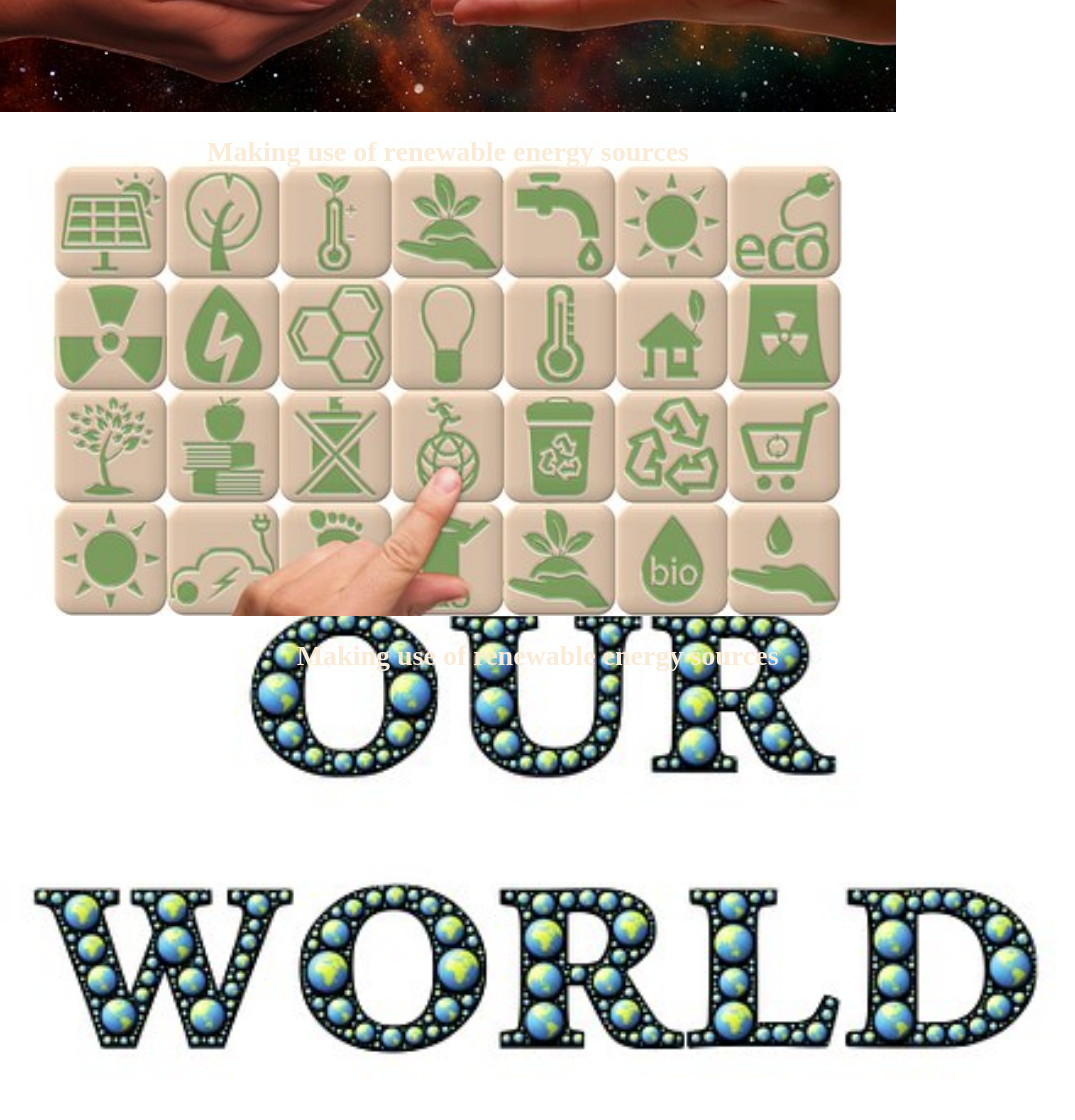
Repository: NavinDayanithi/static-web-design-competition
Page: index.html
These files come from the project's save history. The page is drawn as it stood at one moment and after a run of saves; the edit follows.
The browser window is 1280 px wide. The page is 1536 px wide, then 1280 px, so the pictures cover 1536 px, including what lies to the right of the window. The pictures show the part of the page from y = 2800 to 4400 px (the page is 4400 px tall), at 70% of full size.
Backgrounds fixed to the window are drawn as part of the page.

Above is the page before, as saved 2023-04-28 20:36:38.

### index.html
<!DOCTYPE html>
<html lang="en">
<head>
  <title>POWERING CLIMATE </title>
  <link rel="stylesheet" href="styles.css">
</head>
<body>
    <h1 >POWERING A CLIMATE FOR SAFER FUTURE</h1>
    <div class="box1">
        <h2>Making use of renewable energy sources</h2>
    </div>
    <div class="box2">
        <h2>Planting more trees</h2>
    </div>
    <div class="box3">
        <h2>Gaining natural source of energy</h2>
    </div>
    <div class="box4">
        <h2>Making use of renewable energy sources</h2>
    </div>
    <div class="box5">
        <h2>Making use of renewable energy sources</h2>
    </div>
    <div class="box6">
        <h2>Making use of renewable energy sources</h2>
    </div>
</body>
</html>

### styles.css

h1
{
    text-align:center;
    color:rgb(19, 20, 20);
    background-color: rgb(181, 191, 195);

}
h2{
    text-align: center;
    color: antiquewhite;
    font-size:40px;
}

 body{
    margin: 0;
    padding: 0;
    /* background-color: blue; */
}
head{
    text-align: center;
}

.box1{
    height: 100vh;
    width:100%;
    background-image: url(img1.jpg);
    background-size: cover;
    background-position: center;
    display: table;
    background-attachment: fixed;
}

.box2{
    height: 100vh;
    width:100%;
    background-image: url(img2.jpg);
    background-size: cover;
    background-position: center;
    display: table;
    background-attachment: fixed;
}

.box3{
    height: 100vh;
    width:100%;
    background-image: url(img3.jpg);
    background-size:cover;
    display: table;
    background-attachment: fixed;

}


.box4{
    height: 100vh;
    width:100%;
    background-image: url(img4.jpg);
    background-size: cover;
    background-position: center;
    display: table;
    background-attachment: fixed;
}

.box5{
    height: 100vh;
    width:100%;
    background-image: url(img5.jpg);
    background-size: cover;
    /* background-position: center; */
    display: table;
    background-attachment: fixed;
}

.box6{
    height: 100vh;
    width:120%;
    background-image: url(img6.jpg);
    background-size: cover;
   background-position: center;
    display: table;
    background-attachment: fixed;
}

After the next 2 saves:
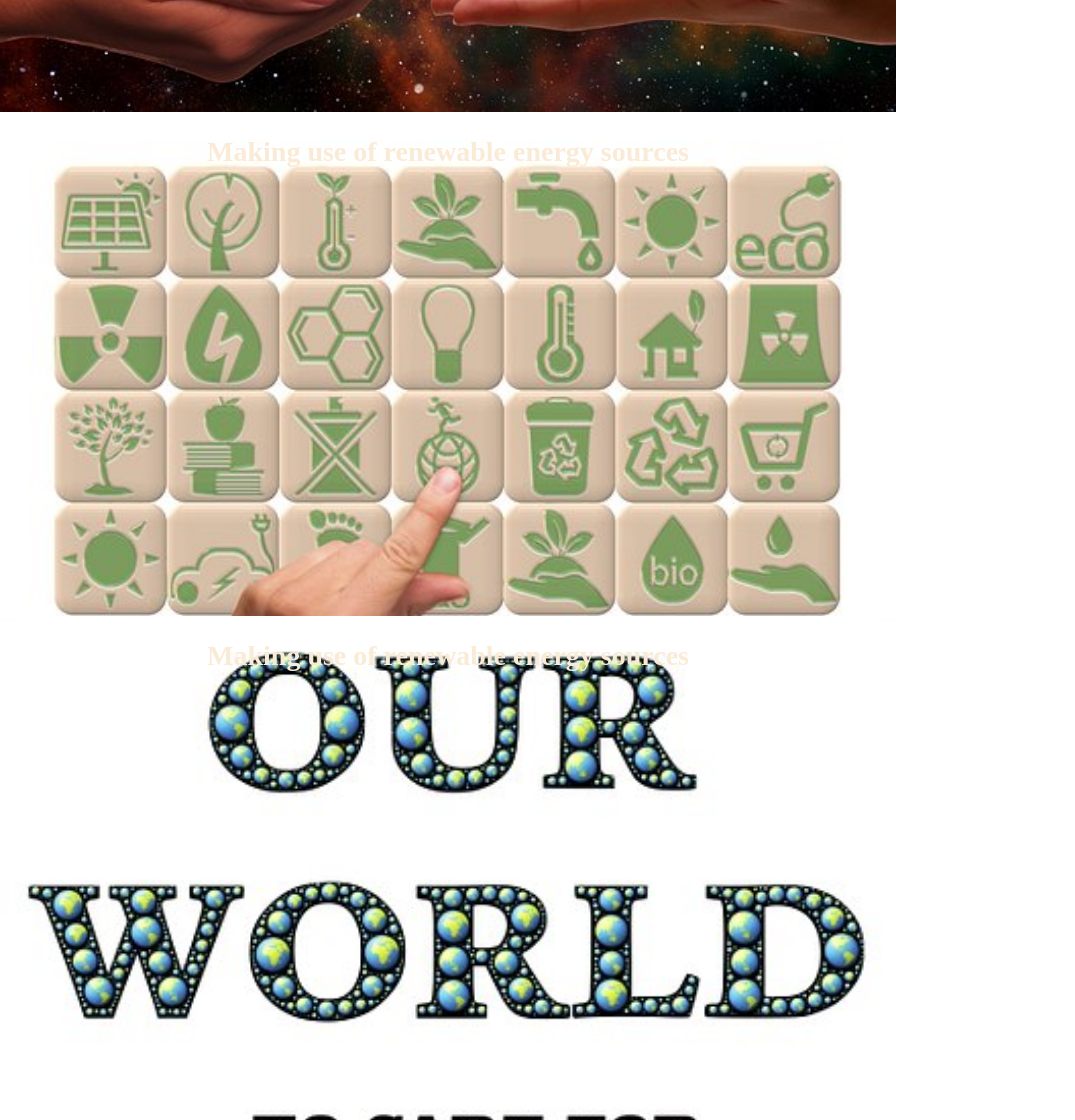
The 2 saves are shown as one change because they came seconds apart.
The last was saved 13 s later.
--- a/styles.css
+++ b/styles.css
@@ -74,7 +74,7 @@ head{
 
 .box6{
     height: 100vh;
-    width:120%;
+    width:100%;
     background-image: url(img6.jpg);
     background-size: cover;
    background-position: center;
